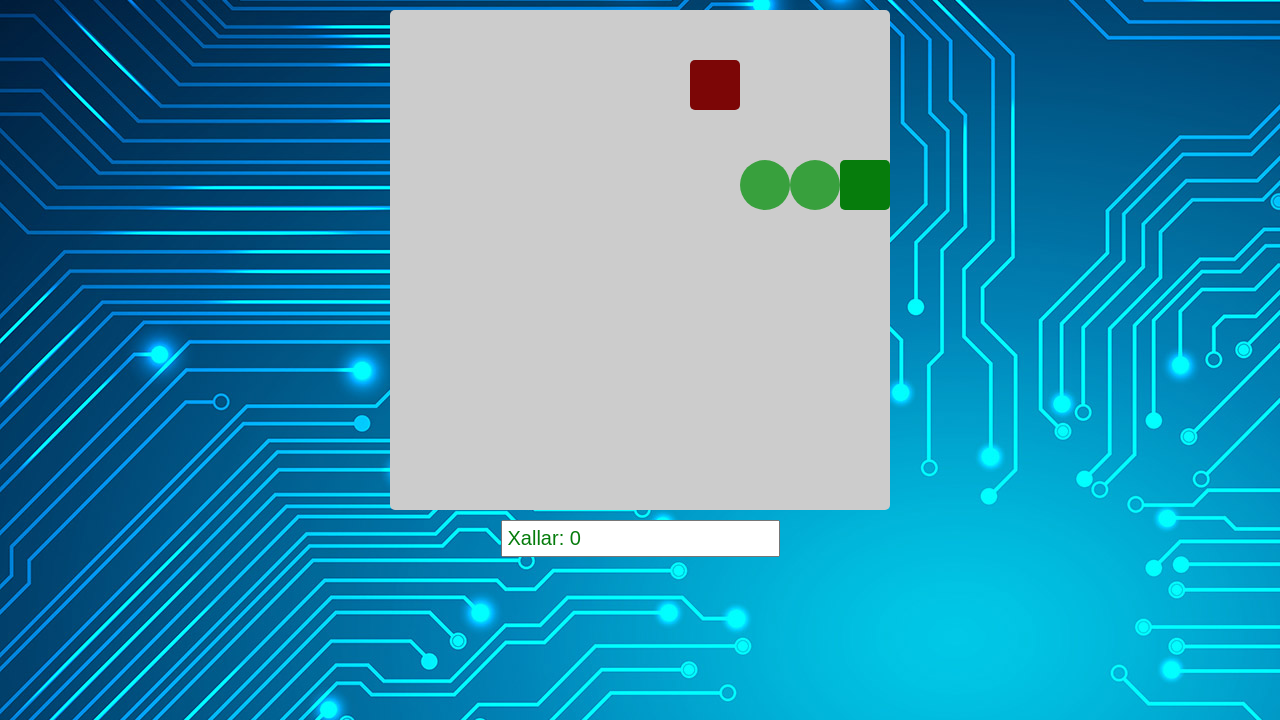
Repository: elvinyeka/SnakeGame
Page: index.html
These files come from the project's save history. The page is drawn as it stood at one moment and after the next save; the edit follows.
The browser window is 1280 px wide. The pictures show the whole page.

Above is the page before, as saved 2020-11-08 19:51:17.

### index.html
<!DOCTYPE html>
<html lang="en">
<head>
    <meta charset="UTF-8">
    <meta name="viewport" content="width=device-width, initial-scale=1.0">
    <link rel="stylesheet" href="css/style.css">
    <title>Snake Game</title>
</head>
<body>
    <script src="js/snake.js"></script>
</body>
</html>

### css/style.css
* {
    box-sizing: border-box;
}

body {
    margin: 10px;
    background-image: url(../img/bg-digital.jpg);
}

.ground {
    width: 500px;
    height: 500px;
    margin: 0 auto;
    display: flex;
    flex-wrap: wrap;
    background-color: #cccccc;
    border-radius: 5px;
}

.box{
    width:50px;
    height: 50px;
    padding:5px;
}

.snakeBody {
    background-color: #38a03d;
    background-size: cover;
    border-radius: 50%;
}

.snakeHead {
    background-color: #067c0c;
    background-size: cover;
    border-radius: 10%;
}

.food {
    background-color: #7c0606;
    background-size: cover;
    border-radius: 10%;

}

### js/snake.js
var ground = document.createElement('div');
document.body.appendChild(ground);
ground.classList.add('ground');


for(var i=0; i < 101; i++) {
    var box = document.createElement('div');
    ground.appendChild(box);
    box.classList.add('box');

}

var box = document.getElementsByClassName('box');
var x = 1,
    y = 10;

for(var i=0; i< box.length; i++) {
    if(x>10) {
        x = 1;
        y--;
    }
    box[i].setAttribute('posX', x);
    box[i].setAttribute('posY', y);
    x++;
}


function generateSnake() {
    var posX = Math.round(Math.random() * (10 - 3) + 3);
    var posY = Math.round(Math.random() * (10 - 1) + 1);
    return [posX, posY];
}

var coordinates = generateSnake();
var snakeBody  = [document.querySelector('[posX = "' + coordinates[0] + '"][posY = "' + coordinates[1] + '"]'),
document.querySelector('[posX = "' + (coordinates[0] - 1) + '"][posY = "' + coordinates[1] + '"]'),
document.querySelector('[posX = "' + (coordinates[0] - 2) + '"][posY = "' + coordinates[1] + '"]')];

for(var i = 0; i < snakeBody.length; i++) {
    snakeBody[i].classList.add('snakeBody');
}

snakeBody[0].classList.add('snakeHead');

var food;

function createFood() {
    function generateFood() {
        var posX = Math.round(Math.random() * (10 - 3) + 3);
        var posY = Math.round(Math.random() * (10 - 1) + 1);
        return [posX, posY];
    }

    var foodCoordinates = generateFood();
    food = document.querySelector('[posX = "' + foodCoordinates[0] + '"][posY = "' + foodCoordinates[1] + '"]');

    while(food.classList.contains('snakeBody')) {
        var foodCoordinates = generateFood();
        food = document.querySelector('[posX = "' + foodCoordinates[0] + '"][posY = "' + foodCoordinates[1] + '"]');
    }
    food.classList.add('food');
}

createFood();

var direction = 'right';
var steps = 'false';

var input = document.createElement('input');
document.body.appendChild(input);
input.style.cssText = `
margin: auto;
margin-top:10px;
font-size: 20px;
padding: 5px;
color: #067c0c;
display:block;
`;

var score  = 0;
input.value = `Xallar: ${score}`;


function move() {
    var snakeCoordinates = [snakeBody[0].getAttribute('posX'), snakeBody[0].getAttribute('posY')];
    snakeBody[0].classList.remove('snakeHead');
    snakeBody[snakeBody.length - 1].classList.remove('snakeBody');
    snakeBody.pop();

    if (direction == 'right') {
        if (snakeCoordinates[0] < 10) {
            snakeBody.unshift(document.querySelector('[posX = "' + ( + snakeCoordinates[0] + 1) + '"][posY = "' + snakeCoordinates[1] + '"]'));
        }else {
            snakeBody.unshift(document.querySelector('[posX = "1"][posY = "' + snakeCoordinates[1] + '"]'));
        }
    } else if (direction == 'left') {
        if (snakeCoordinates[0] > 1) {
            snakeBody.unshift(document.querySelector('[posX = "' + ( + snakeCoordinates[0] - 1) + '"][posY = "' + snakeCoordinates[1] + '"]'));
        }else {
            snakeBody.unshift(document.querySelector('[posX = "10"][posY = "' + snakeCoordinates[1] + '"]'));
        }
    } else if (direction == 'up') {
        if (snakeCoordinates[1] < 10) {
            snakeBody.unshift(document.querySelector('[posX = "' + snakeCoordinates[0] + '"][posY = "' + (+snakeCoordinates[1]+1) + '"]'));
        }else {
            snakeBody.unshift(document.querySelector('[posX = "' + snakeCoordinates[0] + '"][posY = "1"]'));
        }
    } else if (direction == 'down') {
        if (snakeCoordinates[1] > 1) {
            snakeBody.unshift(document.querySelector('[posX = "' + snakeCoordinates[0] + '"][posY = "' +(snakeCoordinates[1]-1) + '"]'));
        }else {
            snakeBody.unshift(document.querySelector('[posX = "' + snakeCoordinates[0] + '"][posY = "10"]'));
        }
    }

    if (snakeBody[0].getAttribute('posX') == food.getAttribute('posX') && snakeBody[0].getAttribute('posY') == food.getAttribute("posY")) {
        food.classList.remove('food');
        var a = snakeBody[snakeBody.length - 1].getAttribute('posX');
        var b = snakeBody[snakeBody.length - 1].getAttribute('posY');
        snakeBody.push(document.querySelector('[posX = "' + a + '"][posY = "' + b + '"]'));
        createFood();
    }

    if (snakeBody[0].classList.contains('snakeBody')) {
        setTimeout(() => {
            alert("Oyun bitdi");
        }, 200);
        clearInterval(interval);
        snakeBody[0].style.background = '#e84118';
        snakeBody[0].style.backgroundSize = 'cover';

    }



    snakeBody[0].classList.add('snakeHead');
    for(var i = 0; i < snakeBody.length; i++) {
        snakeBody[i].classList.add('snakeBody');
    }

    steps = true;
}

var interval  = setInterval(move, 300);


window.addEventListener('keydown', function (e) {
    if (steps = true) {
        if (e.keyCode == 37 && direction != 'right') {
            direction = 'left';
            steps = false;
        }
        else if (e.keyCode == 38 && direction != 'down') {
            direction = 'up';
            steps = false;
        }
        else if (e.keyCode == 39 && direction != 'left') {
            direction = 'right';
            steps = false;

        }
        else if (e.keyCode == 40 && direction != 'up') {
            direction = 'down';
            steps = false;
        }
    }

});

After the next save:
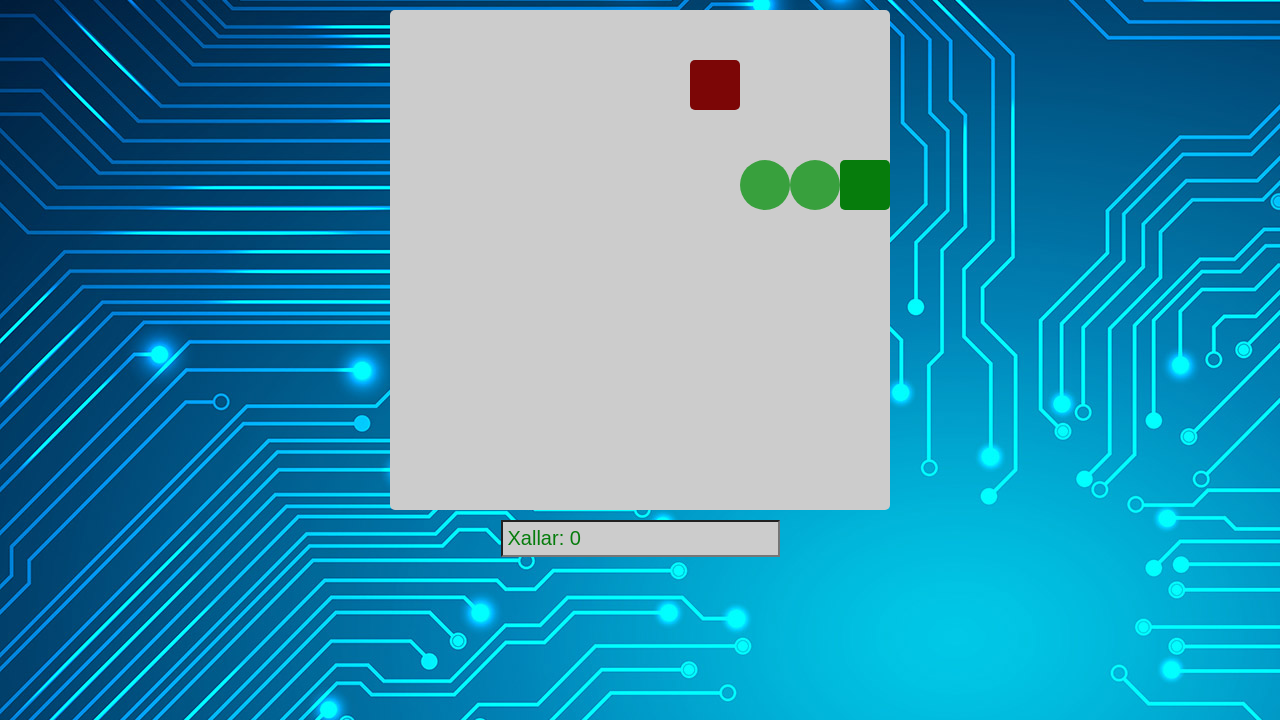
Saved 21 s later.
--- a/js/snake.js
+++ b/js/snake.js
@@ -74,6 +74,7 @@ margin-top:10px;
 font-size: 20px;
 padding: 5px;
 color: #067c0c;
+background-color: #cccccc;
 display:block;
 `;
 
